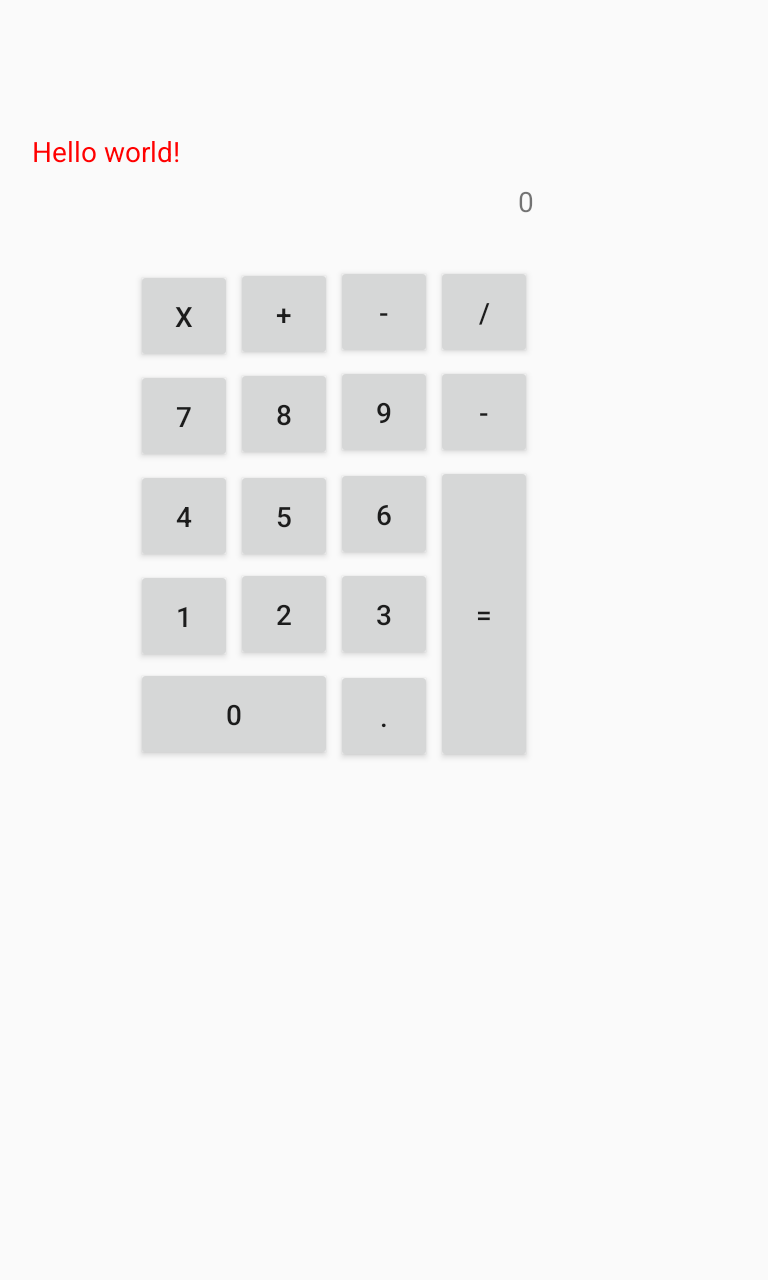
Repository: expensivecow/Calculator
Layout: Calculator_Implementation/res/layout/activity_main.xml
The author's editor kept a copy of each file at every save. The layout is drawn from the files as they stood at one save, then again after the next save.
It is drawn on a 768 x 1280 px phone screen (xhdpi) without system bars, with theme AppTheme; the app's code is not run.

Above is the layout before, as saved 2014-09-21 02:01:35.

### Calculator_Implementation/res/layout/activity_main.xml
<RelativeLayout xmlns:android="http://schemas.android.com/apk/res/android"
    xmlns:tools="http://schemas.android.com/tools"
    android:layout_width="match_parent"
    android:layout_height="match_parent"
    android:paddingBottom="@dimen/activity_vertical_margin"
    android:paddingLeft="@dimen/activity_horizontal_margin"
    android:paddingRight="@dimen/activity_horizontal_margin"
    android:paddingTop="@dimen/activity_vertical_margin"
    tools:context="com.example.calculator_implementation.MainActivity" >

    <TextView
        android:id="@+id/DisplayResult"
        android:layout_alignParentTop="true"
        android:layout_alignRight="@+id/bDiv"
        android:layout_marginTop="75dp"
        android:layout_width="wrap_content"
        android:layout_height="wrap_content"
        android:text="@string/initialvalue" />

    <TextView
        android:id="@+id/DisplayArray"
        android:layout_marginTop="50dp"
        android:layout_width="wrap_content"
        android:layout_height="wrap_content"
        android:textColor="#FF0000"
        android:text="@string/hello_world" />

    <Button
        android:id="@+id/bDiv"
        android:layout_width="50dp"
        android:layout_height="50dp"
        android:layout_alignTop="@+id/bSub"
        android:layout_toRightOf="@+id/bSub"
        android:text="@string/divoperator"
        />

    <Button
        android:id="@+id/bAdd"
        android:layout_width="50dp"
        android:layout_height="50dp"
        android:layout_alignBaseline="@+id/bSub"
        android:layout_alignBottom="@+id/bSub"
        android:layout_toLeftOf="@+id/bSub"
        android:text="@string/addoperator"
        />

    <Button
        android:id="@+id/bSub"
        android:layout_width="50dp"
        android:layout_height="50dp"
        android:layout_below="@+id/DisplayResult"
        android:layout_centerHorizontal="true"
        android:layout_marginTop="21dp"
        android:text="@string/suboperator"
        />

    <Button
        android:id="@+id/bMul"
        android:layout_width="50dp"
        android:layout_height="50dp"
        android:layout_alignBaseline="@+id/bAdd"
        android:layout_alignBottom="@+id/bAdd"
        android:layout_toLeftOf="@+id/bAdd"
        android:text="@string/muloperator" />

    <Button
        android:id="@+id/bEight"
        android:layout_width="50dp"
        android:layout_height="50dp"
        android:layout_below="@+id/bAdd"
        android:layout_toLeftOf="@+id/bSub"
        android:text="@string/eight" />

    <Button
        android:id="@+id/bNine"
        android:layout_width="50dp"
        android:layout_height="50dp"
        android:layout_below="@+id/bDiv"
        android:layout_toLeftOf="@+id/bDiv"
        android:text="@string/nine" />

    <Button
        android:id="@+id/bSeven"
        android:layout_width="50dp"
        android:layout_height="50dp"
        android:layout_alignLeft="@+id/bMul"
        android:layout_below="@+id/bMul"
        android:text="@string/seven" />

    <Button
        android:id="@+id/bSix"
        android:layout_width="50dp"
        android:layout_height="50dp"
        android:layout_below="@+id/bEight"
        android:layout_toRightOf="@+id/bEight"
        android:text="@string/six" />

    <Button
        android:id="@+id/bFive"
        android:layout_width="50dp"
        android:layout_height="50dp"
        android:layout_alignBaseline="@+id/bSix"
        android:layout_alignBottom="@+id/bSix"
        android:layout_toRightOf="@+id/bSeven"
        android:text="@string/five" />

    <Button
        android:id="@+id/bFour"
        android:layout_width="50dp"
        android:layout_height="50dp"
        android:layout_alignLeft="@+id/bSeven"
        android:layout_below="@+id/bSeven"
        android:text="@string/four" />

    <Button
        android:id="@+id/bTwo"
        android:layout_width="50dp"
        android:layout_height="50dp"
        android:layout_below="@+id/bSix"
        android:layout_toLeftOf="@+id/bSix"
        android:text="@string/two" />

    <Button
        android:id="@+id/bZero"
        android:layout_width="50dp"
        android:layout_height="50dp"
        android:layout_alignLeft="@+id/bFour"
        android:layout_below="@+id/bTwo"
        android:layout_toLeftOf="@+id/bThree"
        android:text="@string/zero" />

    <Button
        android:id="@+id/bThree"
        android:layout_width="50dp"
        android:layout_height="50dp"
        android:layout_above="@+id/bZero"
        android:layout_toLeftOf="@+id/bDiv"
        android:text="@string/three" />

    <Button
        android:id="@+id/bOne"
        android:layout_width="50dp"
        android:layout_height="50dp"
        android:layout_below="@+id/bFive"
        android:layout_toLeftOf="@+id/bFive"
        android:text="@string/one" />

    <Button
        android:id="@+id/bDecimal"
        android:layout_width="50dp"
        android:layout_height="50dp"
        android:layout_alignBaseline="@+id/bZero"
        android:layout_alignBottom="@+id/bZero"
        android:layout_toLeftOf="@+id/bDiv"
        android:text="@string/decimal" />

    <Button
        android:id="@+id/bEqual"
        android:layout_width="50dp"
        android:layout_height="50dp"
        android:layout_alignBottom="@+id/bDecimal"
        android:layout_alignLeft="@+id/bDiv"
        android:layout_below="@+id/bNine"
        android:text="@string/equal" />

    <Button
        android:id="@+id/bNegative"
        android:layout_width="50dp"
        android:layout_height="50dp"
        android:layout_below="@+id/bDiv"
        android:layout_toRightOf="@+id/bSub"
        android:text="@string/negative" />

</RelativeLayout>

### Calculator_Implementation/res/values/strings.xml
<?xml version="1.0" encoding="utf-8"?>
<resources>

    <string name="app_name">Calculator_Implementation</string>
    <string name="hello_world">Hello world!</string>
    <string name="action_settings">Settings</string>
    <string name="addoperator">+</string>
    <string name="suboperator">-</string>
    <string name="muloperator">x</string>
    <string name="divoperator">/</string>
    <string name="initialvalue">0</string>
    <string name="one">1</string>
    <string name="two">2</string>
    <string name="three">3</string>
    <string name="four">4</string>
    <string name="five">5</string>
    <string name="six">6</string>
    <string name="seven">7</string>
    <string name="eight">8</string>
    <string name="nine">9</string>
    <string name="decimal">.</string><string name="zero">0</string>

    <string name="negative">-</string>
    <string name="equal">=</string>
    <string name="delete">DEL</string>
    <string name="clear">CE</string>

</resources>

Loaded but not shown: Calculator_Implementation/res/values/styles.xml (common file); Calculator_Implementation/res/values-v11/styles.xml (common file); Calculator_Implementation/res/values-v14/styles.xml (common file); Calculator_Implementation/res/values/dimens.xml (common file); Calculator_Implementation/res/values-w820dp/dimens.xml (common file)

After the next save:
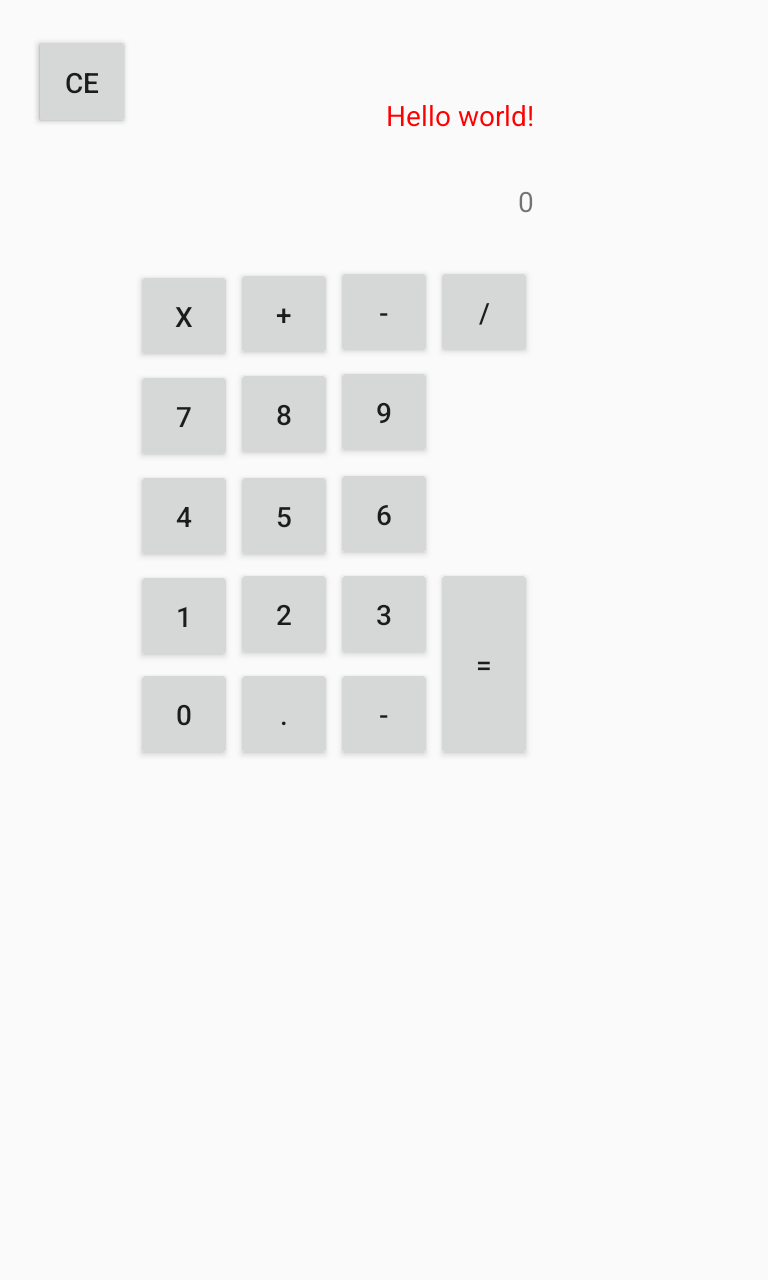
Saved 40 s later.
--- a/Calculator_Implementation/res/layout/activity_main.xml
+++ b/Calculator_Implementation/res/layout/activity_main.xml
@@ -16,14 +16,6 @@
         android:layout_width="wrap_content"
         android:layout_height="wrap_content"
         android:text="@string/initialvalue" />
-
-    <TextView
-        android:id="@+id/DisplayArray"
-        android:layout_marginTop="50dp"
-        android:layout_width="wrap_content"
-        android:layout_height="wrap_content"
-        android:textColor="#FF0000"
-        android:text="@string/hello_world" />
 
     <Button
         android:id="@+id/bDiv"
@@ -126,7 +118,7 @@
         android:layout_height="50dp"
         android:layout_alignLeft="@+id/bFour"
         android:layout_below="@+id/bTwo"
-        android:layout_toLeftOf="@+id/bThree"
+        android:layout_toLeftOf="@+id/bTwo"
         android:text="@string/zero" />
 
     <Button
@@ -146,29 +138,50 @@
         android:text="@string/one" />
 
     <Button
-        android:id="@+id/bDecimal"
-        android:layout_width="50dp"
-        android:layout_height="50dp"
-        android:layout_alignBaseline="@+id/bZero"
-        android:layout_alignBottom="@+id/bZero"
-        android:layout_toLeftOf="@+id/bDiv"
-        android:text="@string/decimal" />
-
-    <Button
         android:id="@+id/bEqual"
         android:layout_width="50dp"
         android:layout_height="50dp"
         android:layout_alignBottom="@+id/bDecimal"
         android:layout_alignLeft="@+id/bDiv"
-        android:layout_below="@+id/bNine"
+        android:layout_below="@+id/bSix"
         android:text="@string/equal" />
+
+    <TextView
+        android:id="@+id/DisplayArray"
+        android:layout_width="wrap_content"
+        android:layout_height="wrap_content"
+        android:layout_alignParentTop="true"
+        android:layout_alignRight="@+id/DisplayResult"
+        android:layout_marginTop="32dp"
+        android:text="@string/hello_world"
+        android:textColor="#FF0000" />
+
+    <Button
+        android:id="@+id/bDecimal"
+        android:layout_width="50dp"
+        android:layout_height="50dp"
+        android:layout_below="@+id/bTwo"
+        android:layout_toLeftOf="@+id/bThree"
+        android:text="@string/decimal" />
 
     <Button
         android:id="@+id/bNegative"
         android:layout_width="50dp"
         android:layout_height="50dp"
-        android:layout_below="@+id/bDiv"
-        android:layout_toRightOf="@+id/bSub"
+        android:layout_below="@+id/bThree"
+        android:layout_toLeftOf="@+id/bEqual"
         android:text="@string/negative" />
 
+    <Button
+        android:id="@+id/bDel"
+        android:layout_width="50dp"
+        android:layout_height="50dp"
+        android:text="@string/delete" />
+
+    <Button
+        android:id="@+id/bClear"
+        android:layout_width="50dp"
+        android:layout_height="50dp"
+        android:text="@string/clear" />
+
 </RelativeLayout>
